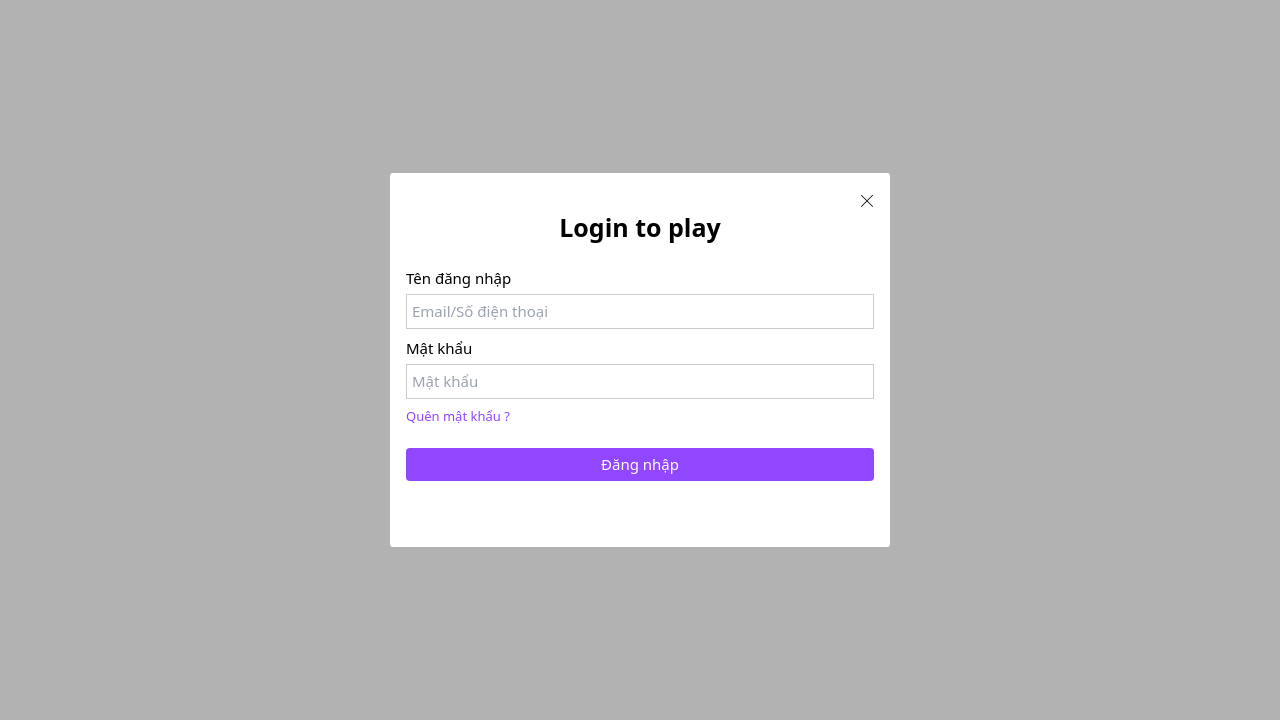
Repository: Teddy1705/demo_pj
Page: /
The author's editor kept a copy of each file at every save. The page is drawn from the files as they stood at one save, then again after the next save.
The browser window is 1280 px wide. The pictures show the whole page.
The project was rebuilt for these pictures with package versions that can differ from the ones it lists, and the page was loaded fresh each time. Also part of the build but not shown: vite.config.js.

Above is the page before, as saved 2024-04-16 10:38:21.

After the next save:
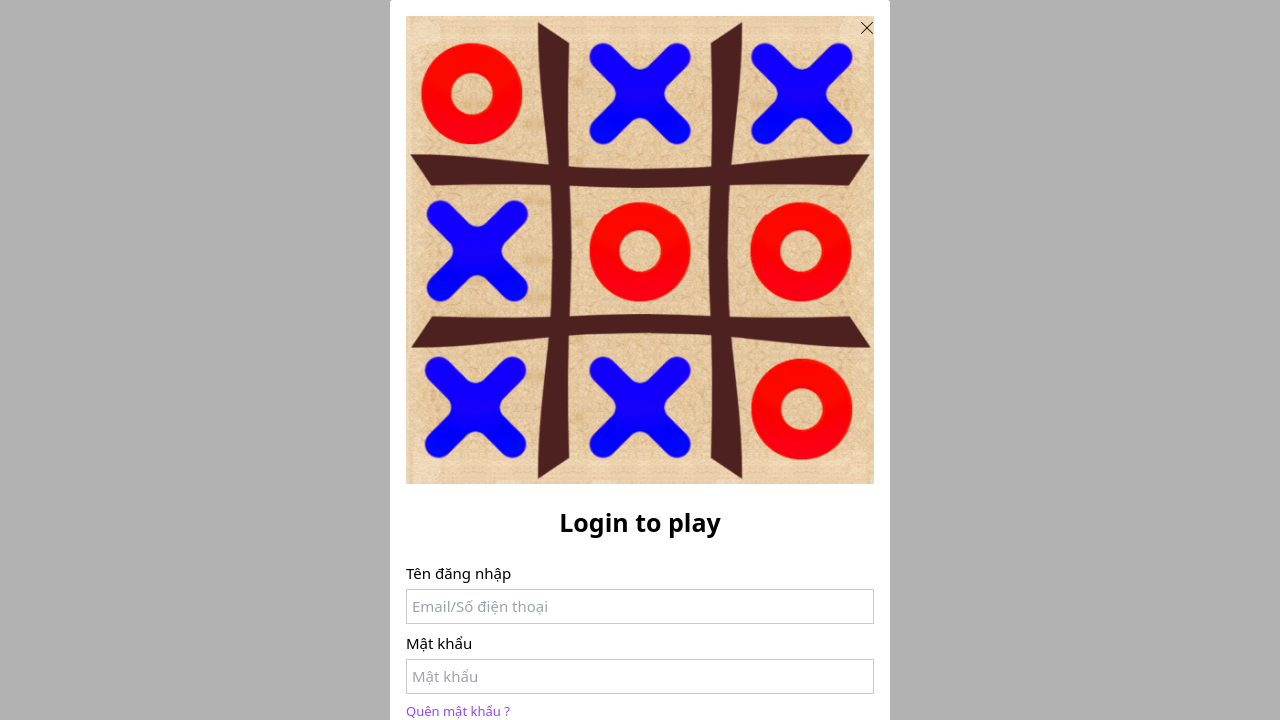
Saved 13 min 46 s later.
--- a/src/routes/root.jsx
+++ b/src/routes/root.jsx
@@ -5,6 +5,11 @@ export default function Root() {
         <div className="modal__overlay"></div>
         <div className="modal__body">
           <div className="auth-form">
+            <img
+              src="/src/assets/tictactoe.png"
+              alt=""
+              className="auth-form__logo-game"
+            />
             <h1 className="auth-form__heading">Login to play</h1>
             <div className="auth-form__close">
               <i className="ti-close"></i>
